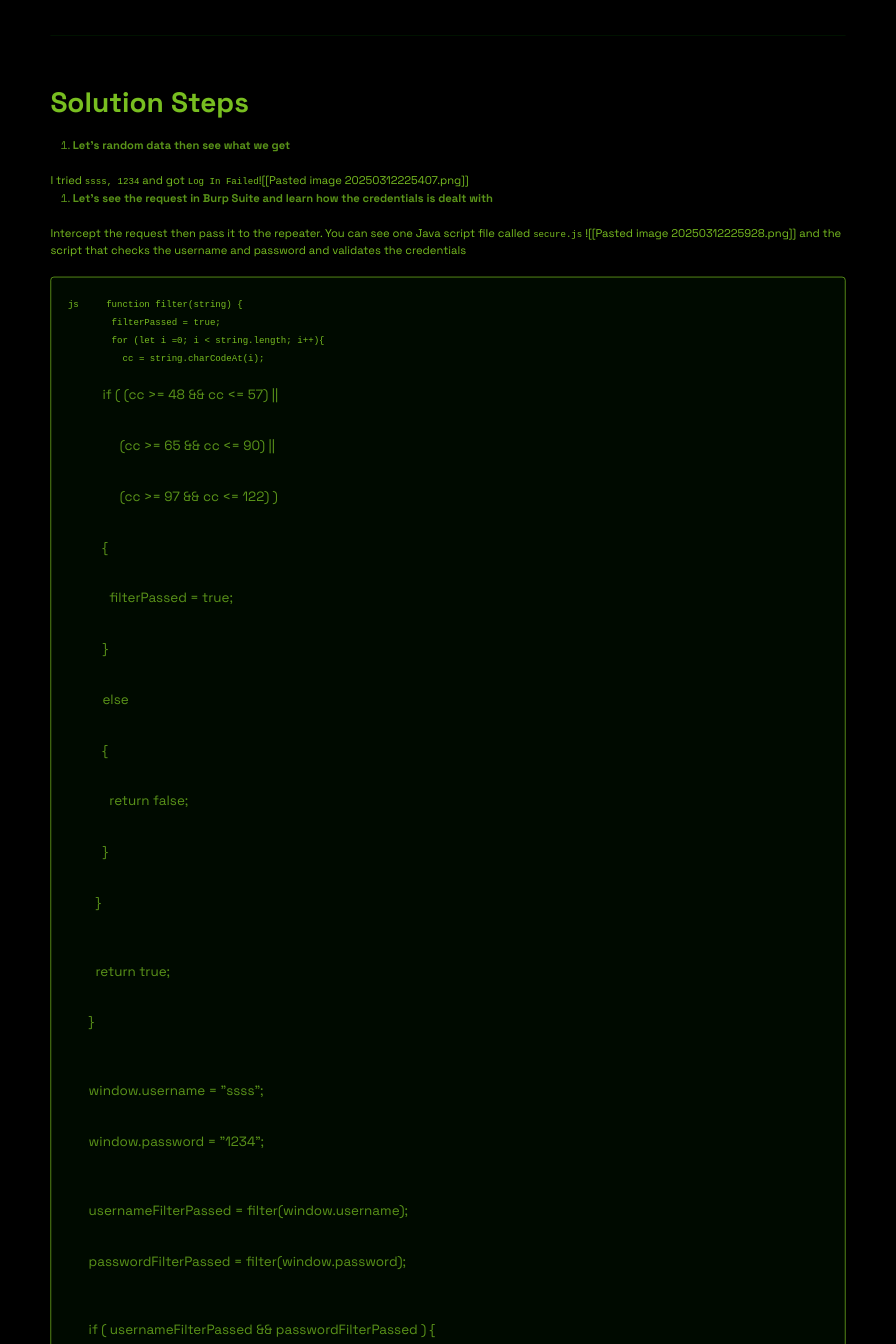
Repository: mohamedsoliman-tq/Website
Page: blogs/picoCTF/localauth.html
These files come from the project's save history. The page is drawn as it stood at one moment and after a run of saves; the edit follows.
The browser window is 1280 px wide. The pictures show the part of the page from y = 1456 to 3376 px (the page is 5158 px tall before and 5302 px after), at 70% of full size.

Above is the page before, as saved 2025-03-13 00:12:18.

### blogs/picoCTF/localauth.html
<!DOCTYPE html>
<html>
<head>
    <meta charset="UTF-8">
    <meta name="viewport" content="width=device-width, initial-scale=1.0">
    <title>Converted Markdown</title>
    <style>

    @import url('https://fonts.googleapis.com/css2?family=Space+Grotesk:wght@300;400;700&display=swap');

    :root {
        --primary-black: #000000;
        --green-accent: #78BE20;
        --dark-green: #5a9419;
    }

    * {
        margin: 0;
        padding: 0;
        box-sizing: border-box;
        font-family: 'Space Grotesk', sans-serif;
    }

    body {
        background-color: var(--primary-black);
        color: var(--green-accent);
        line-height: 1.6;
    }

    .container {
        max-width: 1200px;
        margin: 0 auto;
        padding: 2rem;
    }

    .section {
        padding: 4rem 0;
        border-bottom: 1px solid #001a00;
    }

    /* Navigation Styles */
    nav {
        background: rgba(0, 0, 0, 0.95);
        padding: 1rem;
        position: sticky;
        top: 0;
        border-bottom: 2px solid var(--green-accent);
        z-index: 100;
    }

    nav ul {
        display: flex;
        justify-content: space-around;
        list-style: none;
    }

    nav a {
        color: var(--green-accent);
        text-decoration: none;
        padding: 0.5rem 1rem;
        transition: all 0.3s;
    }

    nav a:hover {
        color: var(--dark-green);
        text-shadow: 0 0 10px var(--green-accent);
    }

    /* Hero Section Styles */
    .hero {
        text-align: center;
        padding: 4rem 0;
        background: linear-gradient(45deg, var(--primary-black), #001100);
    }

    h1, h2, h3, h4, h5, h6 {
        color: var(--green-accent);
        margin-bottom: 1rem;
    }

    h1 {
        font-size: 3.5rem;
        text-shadow: 0 0 15px var(--green-accent);
    }

    h2 {
        font-size: 2.5rem;
    }

    p {
        color: var(--dark-green);
        font-size: 1.2rem;
        margin-bottom: 1rem;
    }

    /* Code blocks */
    pre {
        background: #000a00;
        padding: 1.5rem;
        border-radius: 5px;
        border: 1px solid var(--green-accent);
        overflow-x: auto;
        margin: 1.5rem 0;
    }

    code {
        font-family: monospace;
        color: var(--green-accent);
    }

    /* List styling */
    ul, ol {
        margin-left: 2rem;
        margin-bottom: 1.5rem;
        color: var(--dark-green);
    }

    li {
        margin-bottom: 0.5rem;
    }

    /* Links */
    a {
        color: var(--green-accent);
        text-decoration: none;
        transition: all 0.3s;
    }

    a:hover {
        color: var(--dark-green);
        text-shadow: 0 0 10px var(--green-accent);
    }

    .read-more {
        display: inline-block;
        margin-top: 10px;
        padding: 8px 12px;
        font-size: 1rem;
        font-weight: bold;
        color: var(--green-accent);
        text-decoration: none;
        border: 1px solid var(--green-accent);
        border-radius: 5px;
        transition: all 0.3s ease;
    }

    .read-more:hover {
        background-color: var(--green-accent);
        color: var(--primary-black);
        box-shadow: 0 0 10px var(--green-accent);
    }

    /* Images */
    img {
        max-width: 100%;
        border: 1px solid var(--green-accent);
        border-radius: 5px;
        margin: 1rem 0;
    }

    /* Horizontal rule */
    hr {
        border: none;
        height: 1px;
        background-color: var(--green-accent);
        margin: 2rem 0;
    }

    /* Responsive adjustments */
    @media (max-width: 768px) {
        h1 {
            font-size: 2.5rem;
        }

        .container {
            padding: 1rem;
        }

        .section {
            padding: 2rem 0;
        }
    }

    footer {
        text-align: center;
        padding: 2rem;
        color: var(--green-accent);
    }

    </style>
</head>
<body>
    <nav>
        <ul>
            <li><a href="/">Home</a></li>
            <li><a href="/Projects.html">Projects</a></li>
            <li><a href="/Blogs.html">Blog</a></li>
        </ul>
    </nav>
    <div class="container">
<div class="section" id="local-authority---write-up"><h1>Local Authority - Write-Up</h1>

<p><strong>Date:</strong> 12/03/2025  </p>
<p><strong>Challenge Category:</strong> #Web-Security</p>
<p>Platform: #picoCTF </p>
<p><strong>Difficulty:</strong> #Easy</p>
<p><strong>Status:</strong> #Solved </p>

<hr>
</div><div class="section" id="problem-description"><h2>Problem Description</h2>

<p>*Can you get the flag?</p>
<p>Go to this <a href="http://saturn.picoctf.net:58822/" class="read-more">website</a> and see what you can discover.*</p>

<p>- <strong>Target:</strong> http://saturn.picoctf.net:58822/</p>
<p>- <strong>Goal:</strong> extract a flag</p>
<p>- <strong>Initial Observations:</strong> A simple login page let's see what does it hide</p>

<hr>

</div><div class="section" id="tools-used"><h2>Tools Used</h2>

<p>- Burp Suite</p>
<p>- Web Inspect</p>

<hr>

</div><div class="section" id="solution-steps"><h2>Solution Steps</h2>


<ol>
  <li><strong>Let's random data then see what we get</strong></li>
</ol>
   I tried <code>ssss, 1234</code> and got <code>Log In Failed</code>![[Pasted image 20250312225407.png]]

<ol>
  <li><strong>Let's see the request in Burp Suite and learn how the credentials is dealt with</strong></li>
</ol>
   Intercept the request then pass it to the repeater. You can see one Java script file called <code>secure.js</code>
   ![[Pasted image 20250312225928.png]]
   and the script that checks the username and password and validates the credentials
   <pre><code>js     function filter(string) {
        filterPassed = true;
        for (let i =0; i < string.length; i++){
          cc = string.charCodeAt(i);

<p>          if ( (cc >= 48 && cc <= 57) ||</p>
<p>               (cc >= 65 && cc <= 90) ||</p>
<p>               (cc >= 97 && cc <= 122) )</p>
<p>          {</p>
<p>            filterPassed = true;     </p>
<p>          }</p>
<p>          else</p>
<p>          {</p>
<p>            return false;</p>
<p>          }</p>
<p>        }</p>

<p>        return true;</p>
<p>      }</p>

<p>      window.username = "ssss";</p>
<p>      window.password = "1234";</p>

<p>      usernameFilterPassed = filter(window.username);</p>
<p>      passwordFilterPassed = filter(window.password);</p>

<p>      if ( usernameFilterPassed && passwordFilterPassed ) {</p>

<p>        loggedIn = checkPassword(window.username, window.password);</p>

<p>        if(loggedIn)</p>
<p>        {</p>
<p>          document.getElementById('msg').innerHTML = "Log In Successful";</p>
<p>          document.getElementById('adminFormHash').value = "2196812e91c29df34f5e217cfd639881";</p>
<p>          document.getElementById('hiddenAdminForm').submit();</p>
<p>        }</p>
<p>        else</p>
<p>        {</p>
<p>          document.getElementById('msg').innerHTML = "Log In Failed";</p>
<p>        }</p>
<p>      }</p>
<p>      else {</p>
<p>        document.getElementById('msg').innerHTML = "Illegal character in username or password."</p>
<p>      }</p>
<p></code></pre></p>

<ol>
  <li><strong>Inspecting the code</strong></li>
</ol>
   By the credentials that I have submitted I got <code>Log In Failed</code> so the checkPassword function is what causes this but from where does this function come? let's check the <code>secure.js</code> file.
<ol>
  <li><strong>Inspecting the js file</strong></li>
</ol>
   First of all how could I see this file let's try to use the web inspect then see the sources tab that contain the files of the website. Here we go
   ![[Pasted image 20250312230932.png]]
   Know let's try this
<ol>
  <li><strong>Getting the flag</strong></li>
</ol>
   By submitting with the found credentials we get the flag.
   ![[Pasted image 20250312231319.png]]

<hr>
</div>
        <footer>
        <p>© 2025 T4QI. All rights reserved.</p>
    </footer>
    </div>
</body>
</html>

After the next 9 saves:
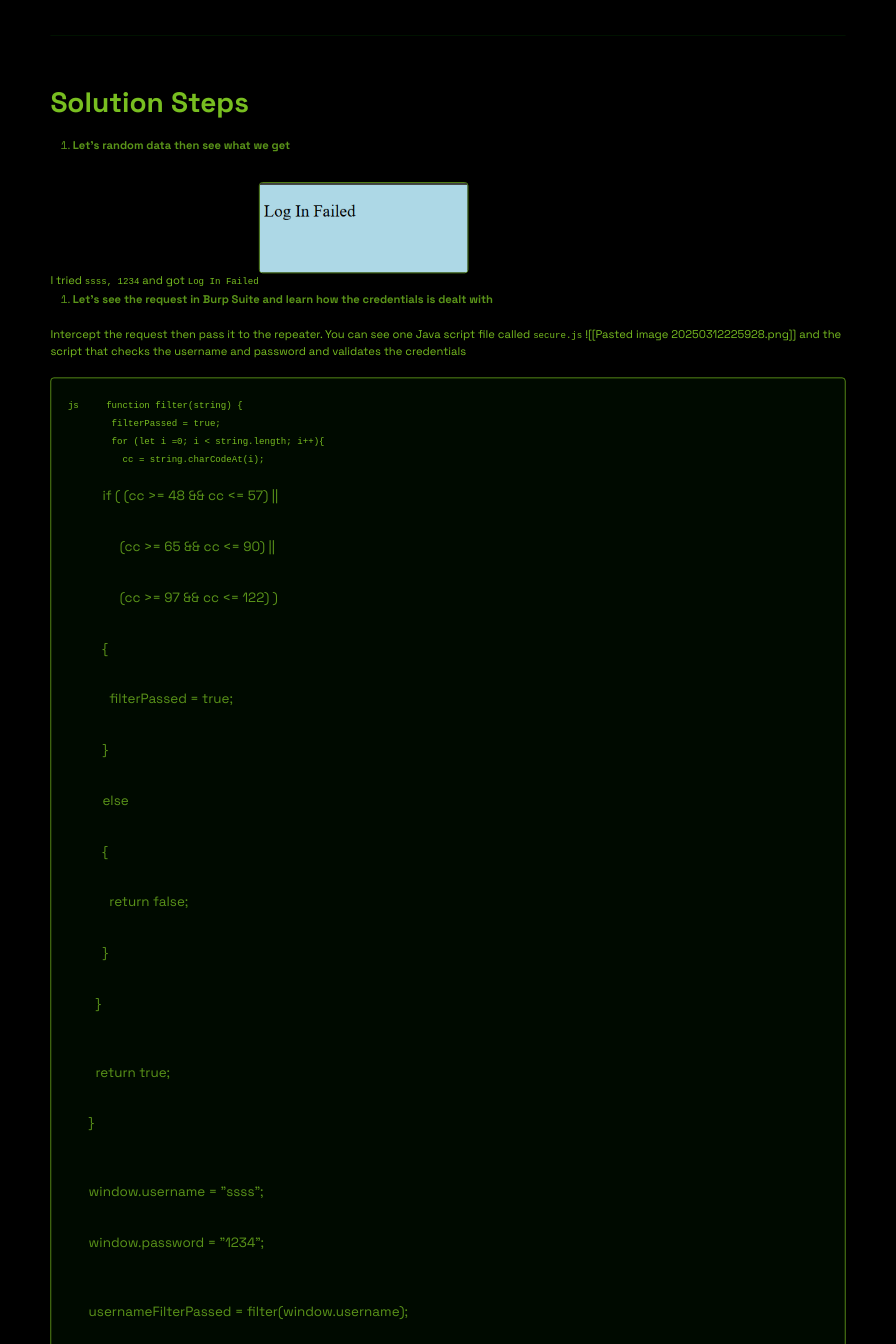
The 9 saves are shown as one change because they came seconds apart.
The last was saved 2 min 10 s later.
--- a/blogs/picoCTF/localauth.html
+++ b/blogs/picoCTF/localauth.html
@@ -231,7 +231,7 @@
 <ol>
   <li><strong>Let's random data then see what we get</strong></li>
 </ol>
-   I tried <code>ssss, 1234</code> and got <code>Log In Failed</code>![[Pasted image 20250312225407.png]]
+   I tried <code>ssss, 1234</code> and got <code>Log In Failed</code><img src="pics/la1.png">
 
 <ol>
   <li><strong>Let's see the request in Burp Suite and learn how the credentials is dealt with</strong></li>
